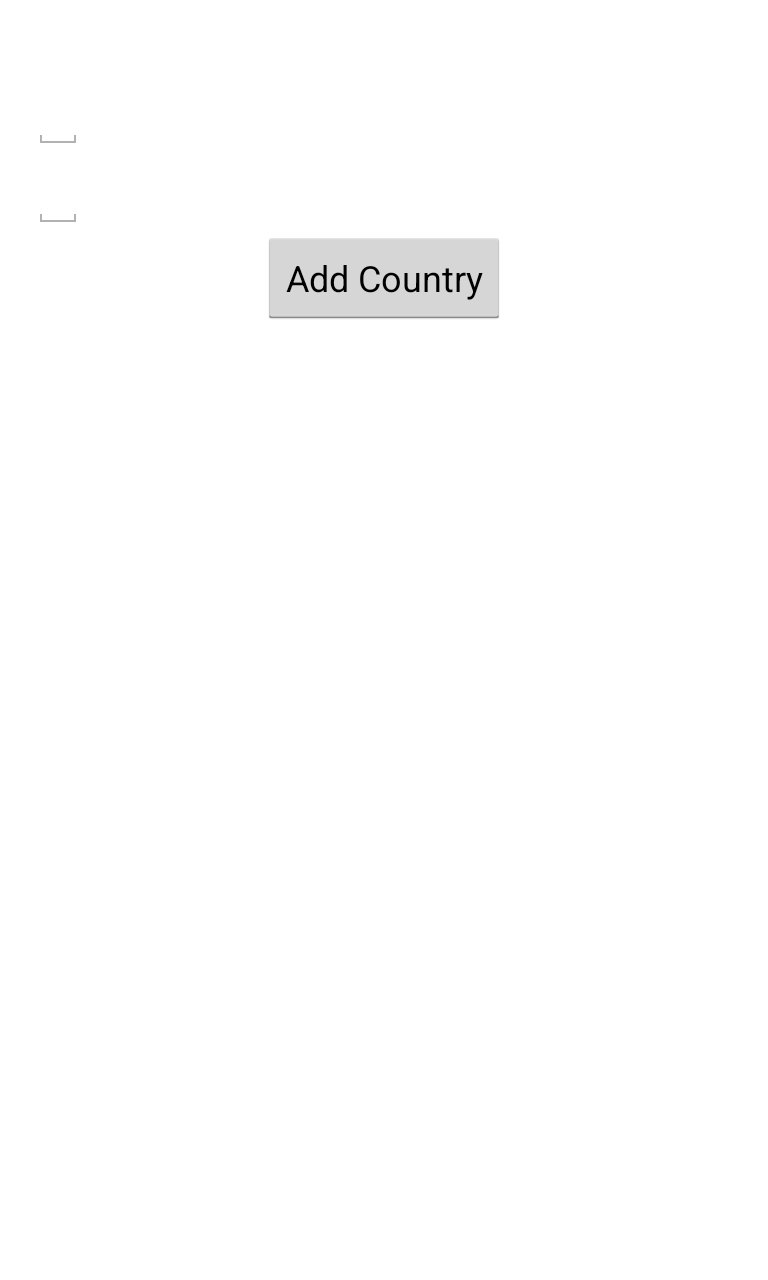
Repository: ek222mw/IDV436_API_Komponent
Layout: labb1_countries/res/layout/add_country.xml
An editor plug-in stored every save of this project. The layout is shown before and after the next save, followed by the edit.
It is drawn on a 768 x 1280 px phone screen (xhdpi) without system bars, with theme AppTheme; the app's code is not run. Lists and similar views that code fills are empty.

Above is the layout before, as saved 2014-11-19 13:55:58.

After the next save:
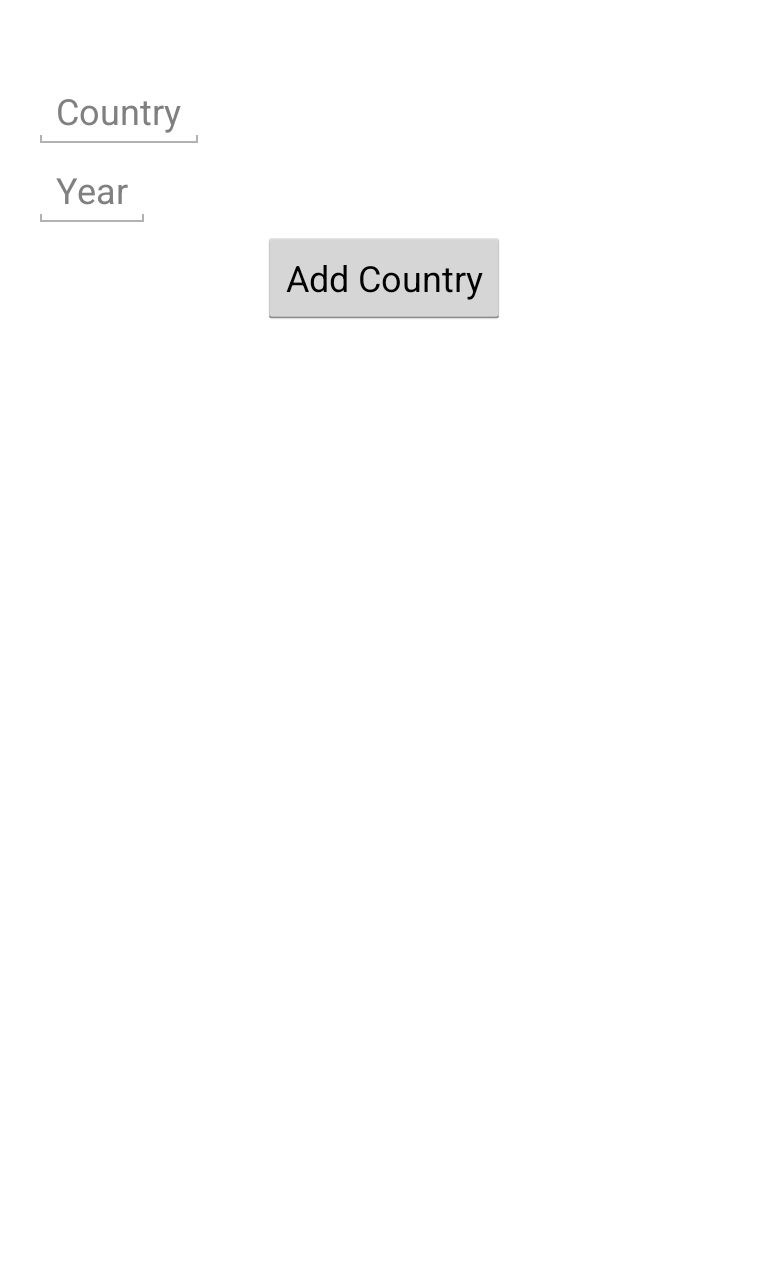
Saved 99 s later.
--- a/labb1_countries/res/layout/add_country.xml
+++ b/labb1_countries/res/layout/add_country.xml
@@ -22,7 +22,7 @@
     	<EditText android:id="@+id/addCountry_edit"
 		android:layout_width="wrap_content"
 		android:layout_height="wrap_content"
-		android:text="@string/country"
+		android:hint="Country"
 		/>
 
 	    <EditText android:id="@+id/addYear_edit"
@@ -30,7 +30,7 @@
         android:inputType="number"
 		android:layout_width="wrap_content"
 		android:layout_height="wrap_content"
-		android:text="@string/year"
+		android:hint="Year"
 		/>
 
 	    <Button
